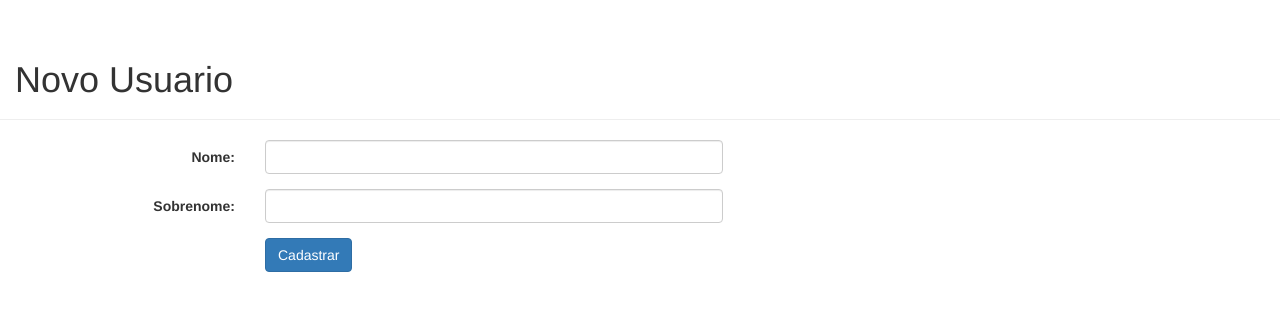
Repository: stefanyco/biblioteca
Page: http://localhost/Biblioteca/usuarioAdicionar.jsp
These files come from the project's save history. The page is drawn as it stood at one moment and after the next save; the edit follows.
The browser window is 1280 px wide. The pictures show the whole page.
The page is served by Tomcat 9. Other server files are loaded and not shown.

Above is the page before, as saved 2016-11-06 22:06:44.

### Sistema Biblioteca/Biblioteca/WebContent/usuarioAdicionar.jsp
<%@ page language="java" contentType="text/html; charset=ISO-8859-1"
	pageEncoding="ISO-8859-1"%>
<!DOCTYPE html PUBLIC "-//W3C//DTD HTML 4.01 Transitional//EN" "http://www.w3.org/TR/html4/loose.dtd">
<html>
<head>
<meta http-equiv="Content-Type" content="text/html; charset=ISO-8859-1">
<link href="bootstrap.min.css" rel="stylesheet">
<title>*** Novo Usuario ***</title>
</head>
<body>
	<div class="page-header col-md-12">
		<h1>Novo Usuario</h1>
	</div>
	<div class="container">
		<div class="row">
			<div class="col-xs-12">
				<form action="usuario?acao=cadastrar" class="form-horizontal" method="post">

					<div class="form-group">
						<label for="nome" class="col-xs-2 control-label">Nome:</label>
						<div class="col-xs-5">
							<input type="text" class="form-control" name="nome" required maxlength="50">
						</div>
					</div>
					<div class="form-group">
						<label for="sobrenome" class="col-xs-2 control-label">Sobrenome:</label>
						<div class="col-xs-5">
							<input type="text" class="form-control" name="sobrenome" required maxlength="50">
						</div>
					</div>
					<div class="form-group">
						<div class="col-xs-offset-2 col-xs-10">
							<button type="submit" class="btn btn-primary">Cadastrar</button>
						</div>
					</div>
				</form>
			</div>
		</div>
	</div>
</body>
</html>

Loaded but not shown: Sistema Biblioteca/Biblioteca/WebContent/bootstrap.min.css (library)

After the next save:
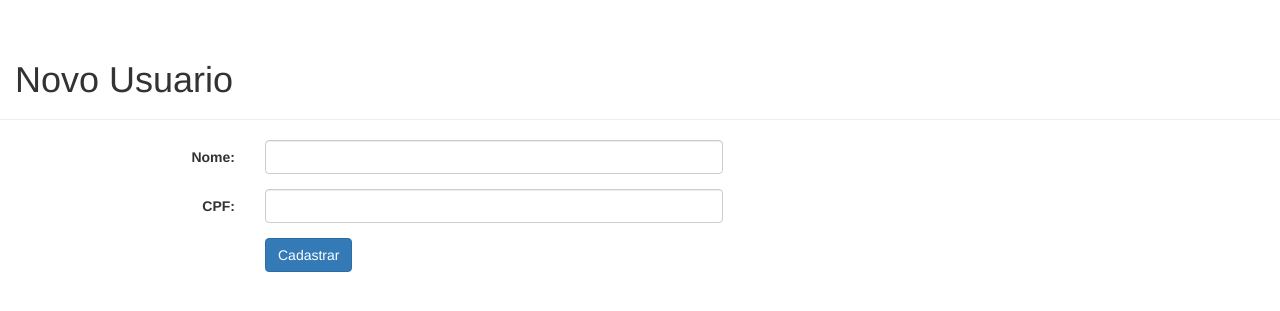
Saved 75 s later.
--- a/Sistema Biblioteca/Biblioteca/WebContent/usuarioAdicionar.jsp
+++ b/Sistema Biblioteca/Biblioteca/WebContent/usuarioAdicionar.jsp
@@ -23,10 +23,10 @@
 						</div>
 					</div>
 					<div class="form-group">
-						<label for="sobrenome" class="col-xs-2 control-label">Sobrenome:</label>
+						<label for="cpf" class="col-xs-2 control-label">CPF:</label>
 						<div class="col-xs-5">
-							<input type="text" class="form-control" name="sobrenome" required maxlength="50">
-						</div>
+							<input type="text" class="form-control" name="cpf" required maxlength="50">
+					</div>
 					</div>
 					<div class="form-group">
 						<div class="col-xs-offset-2 col-xs-10">
